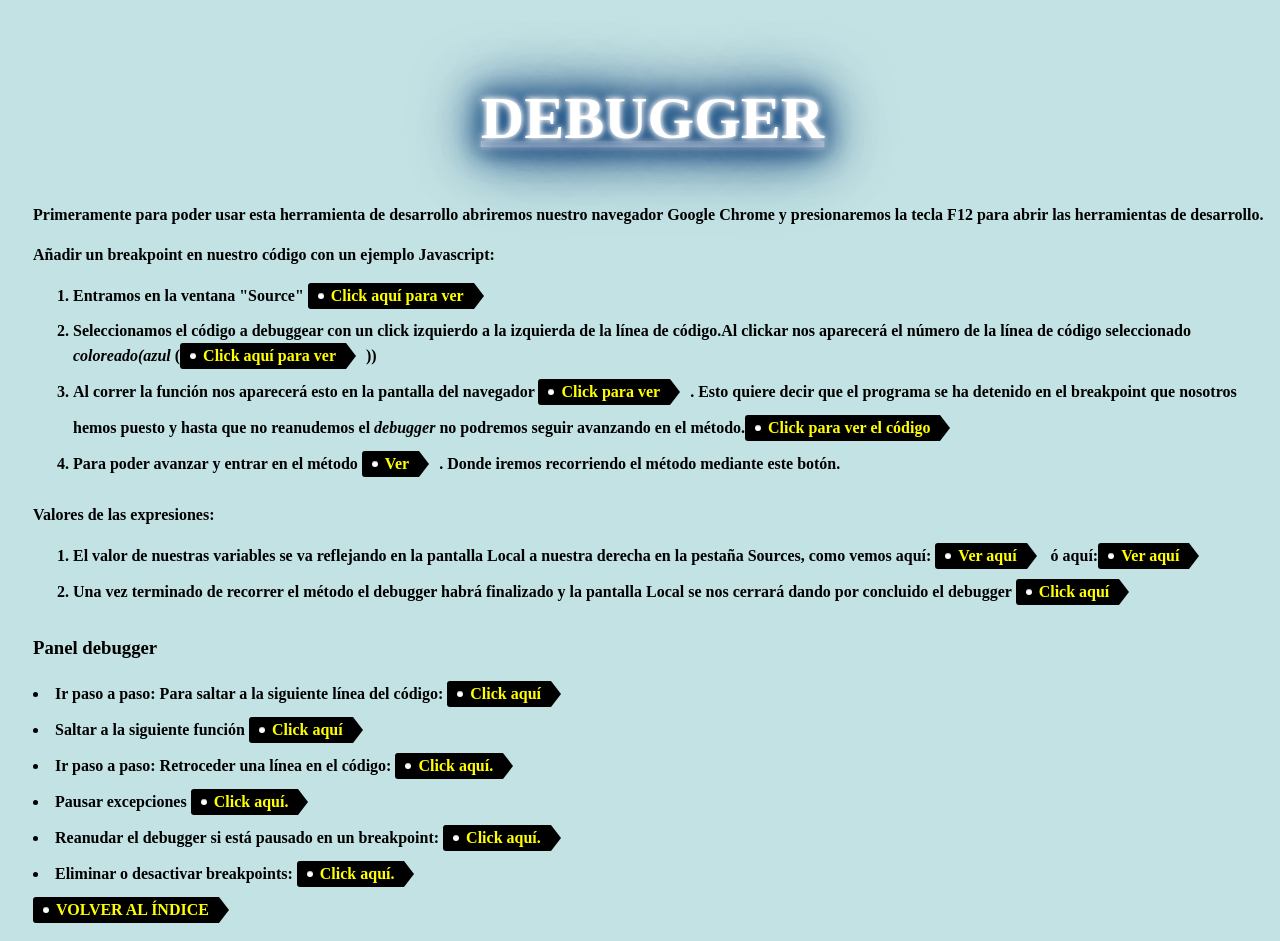
Repository: VictorinoBF97/HerramientasDesarollo
Page: debugger.html
The author's editor kept a copy of each file at every save. The page is drawn from the files as they stood at one save, then again after the next save.
The browser window is 1280 px wide. The pictures show the whole page.

Above is the page before, as saved 2018-11-27 06:52:26.
Not found: main.js

### debugger.html
<!DOCTYPE html>
<html>
<head>
    <meta charset="utf-8" />
    <meta http-equiv="X-UA-Compatible" content="IE=edge">
    <title>HERRAMIENTA DEBUGGER</title>
    <meta name="viewport" content="width=device-width, initial-scale=1">
    <link rel="stylesheet" type="text/css" media="screen" href="./css/styles.css" />
    <script src="main.js"></script>
</head>
<body>
    <h1><u>DEBUGGER</u></h1>
    <p>
        Primeramente para poder usar esta herramienta de desarrollo abriremos nuestro
        navegador Google Chrome y presionaremos la tecla <b>F12</b> para abrir las
        herramientas de desarrollo.
    </p>
    <div>
        <p>Añadir un breakpoint en nuestro código con un ejemplo Javascript:</p>
    </div>
    <ol>
        <li>Entramos en la ventana <b>"Source"</b>
             <a href="./images/source.PNG" target="_blank">Click aquí para ver</a>
        </li>
        <li>Seleccionamos el código a debuggear con un click izquierdo a la
            izquierda de la línea de código.Al clickar nos aparecerá el número
            de la línea de código seleccionado <i>coloreado(<b>azul</b></i>
            (<a href="./images/breakpoint.PNG" target="_blank">Click aquí para ver</a>))
        </li>
        <li>Al correr la función nos aparecerá esto en la pantalla del navegador
             <a href="./images/debug.PNG" target="_blank">Click para ver</a>.
            Esto quiere decir que el programa se ha detenido en el <b>breakpoint</b>
            que nosotros hemos puesto y hasta que no reanudemos el <em>debugger</em>
            no podremos seguir avanzando en el método.<a href="./images/dbug.PNG" target="_blank">Click para ver el código</a>
        </li>
        <li>Para poder avanzar y entrar en el método <a href="./images/next.PNG"
        target="_blank">Ver</a>. Donde iremos recorriendo el método mediante este botón.</li>
    </ol>

    <div>Valores de las expresiones:

    </div>
    <ol>
        <li>
            El valor de nuestras variables se va reflejando en la pantalla <strong>Local</strong> a nuestra derecha en la pestaña Sources, como vemos aquí: <a href="./images/variables.PNG" target="_blank">
            Ver aquí</a> ó aquí:<a href="./images/variables2.PNG" target="_blank">Ver aquí</a>
        </li>

        <li>
            Una vez terminado de recorrer el método el debugger habrá finalizado y la pantalla Local se nos cerrará dando por concluido el debugger <a href="./images/fin.png" target="_blank">Click aquí</a>
        </li>
    </ol>

    <h3>Panel debugger</h3>

    <li> Ir paso a paso: Para saltar a la siguiente línea del código: <a href="./images/nextstep.PNG" target="_blank">Click aquí</a>

        <li>
            Saltar a la siguiente función <a href="./images/saltar.PNG"
            target="_blank">Click aquí</a>
        </li>

        <li>Ir paso a paso: Retroceder una línea en el código: <a href="./images/beforestep.PNG"
        target="_blank">Click aquí.</a></li>

        <li>Pausar excepciones <a href="./images/pausa.PNG"
            target="_blank">Click aquí.</a></li>

        <li>Reanudar el debugger si está pausado en un breakpoint: <a href="./images/reanudard.PNG"
        target="_blank">Click aquí.</a></li>

        <li>Eliminar o desactivar breakpoints: <a href="./images/find.PNG"
            target="_blank">Click aquí.</a></li>


        <a href="indice.html" target="_self" class="volver">VOLVER AL ÍNDICE</a>
</body>
<footer></footer>
</html>

### css/styles.css
html{
    background-color: rgb(194, 226, 228);
}

.titulo{
    text-shadow: 0px 0px 5px rgb(152, 153, 147);
    border: 10px ridge #1E90FF;
    width: 75%;

}

h1{
    font-size: 60px;
font-family: 'Futura';
color: #fff;
text-shadow: 0 0 5px #fff, 0 0 10px #fff, 0 0 20px rgb(3, 58, 117), 0 0 30px rgb(3, 58, 117), 0 0 40px rgb(3, 58, 117), 0 0 55px rgb(3, 58, 117), 0 0 75px rgb(3, 58, 117);
text-align: center;
}
body{
    font: 16px/1.5 'PT Sans', serif;
    font-weight: bold;
    overflow: hidden;
    padding-left: 25px;
    padding-top: 25px;
}

.indice{
    font-size: 125%;

}
a{
    background: rgb(0, 0, 0);
  border-radius: 3px 0 0 3px;
  color: yellow;
  display: inline-block;
  height: 26px;
  line-height: 26px;
  padding: 0 20px 0 23px;
  position: relative;
  margin: 0 10px 10px 0;
  text-decoration: none;
  -webkit-transition: color 0.2s;
}
a::before {
    background: #fff;
    border-radius: 10px;
    box-shadow: inset 0 1px rgba(0, 0, 0, 0.25);
    content: '';
    height: 6px;
    left: 10px;
    position: absolute;
    width: 6px;
    top: 10px;
  }

  a::after {
    background: rgb(194, 226, 228);
    border-bottom: 13px solid transparent;
    border-left: 10px solid black;
    border-top: 13px solid transparent;
    content: '';
    position: absolute;
    right: 0;
    top: 0;
  }

  a:hover {
    background-color: crimson;
    color: white;
  }

  a:hover::after {
     border-left-color: crimson;
  }

  /* VOLVER AL ÍNDICE */
  .volver::after{
    background:rgb(194, 226, 228);
    border-bottom: 13px solid transparent;
    border-left: 10px solid black;
    border-top: 13px solid transparent;
    content: '';
    position: absolute;
    right: 0;
    top: 0;

  }

  .volver:hover {
    background-color: crimson;
    color: white;
  }

  .volver:hover::after {
     border-right-color: crimson;
  }

After the next save:
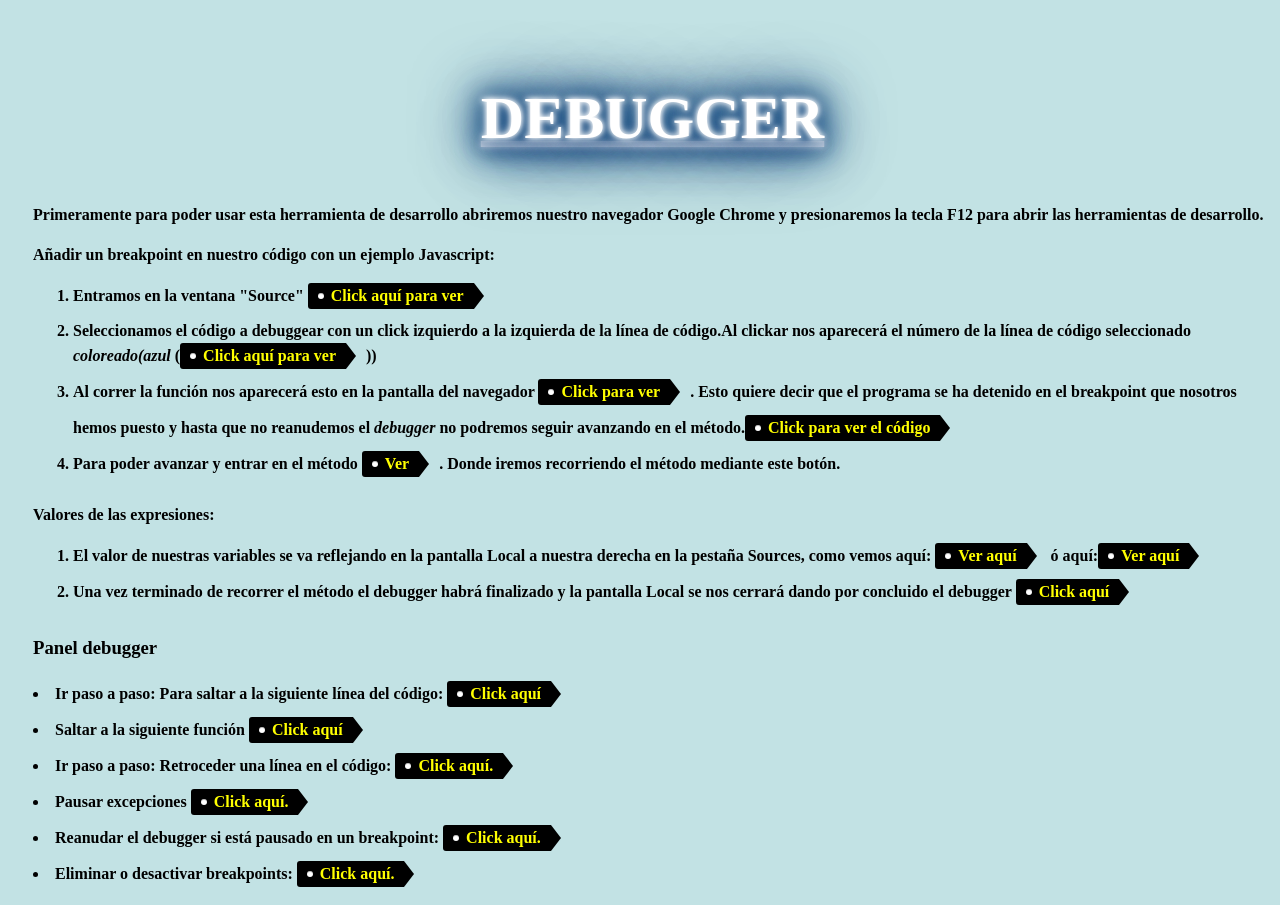
Saved 6 s later.
--- a/debugger.html
+++ b/debugger.html
@@ -73,7 +73,7 @@
             target="_blank">Click aquí.</a></li>
 
 
-        <a href="indice.html" target="_self" class="volver">VOLVER AL ÍNDICE</a>
+
 </body>
 <footer></footer>
 </html>

After the 3 saves that followed:
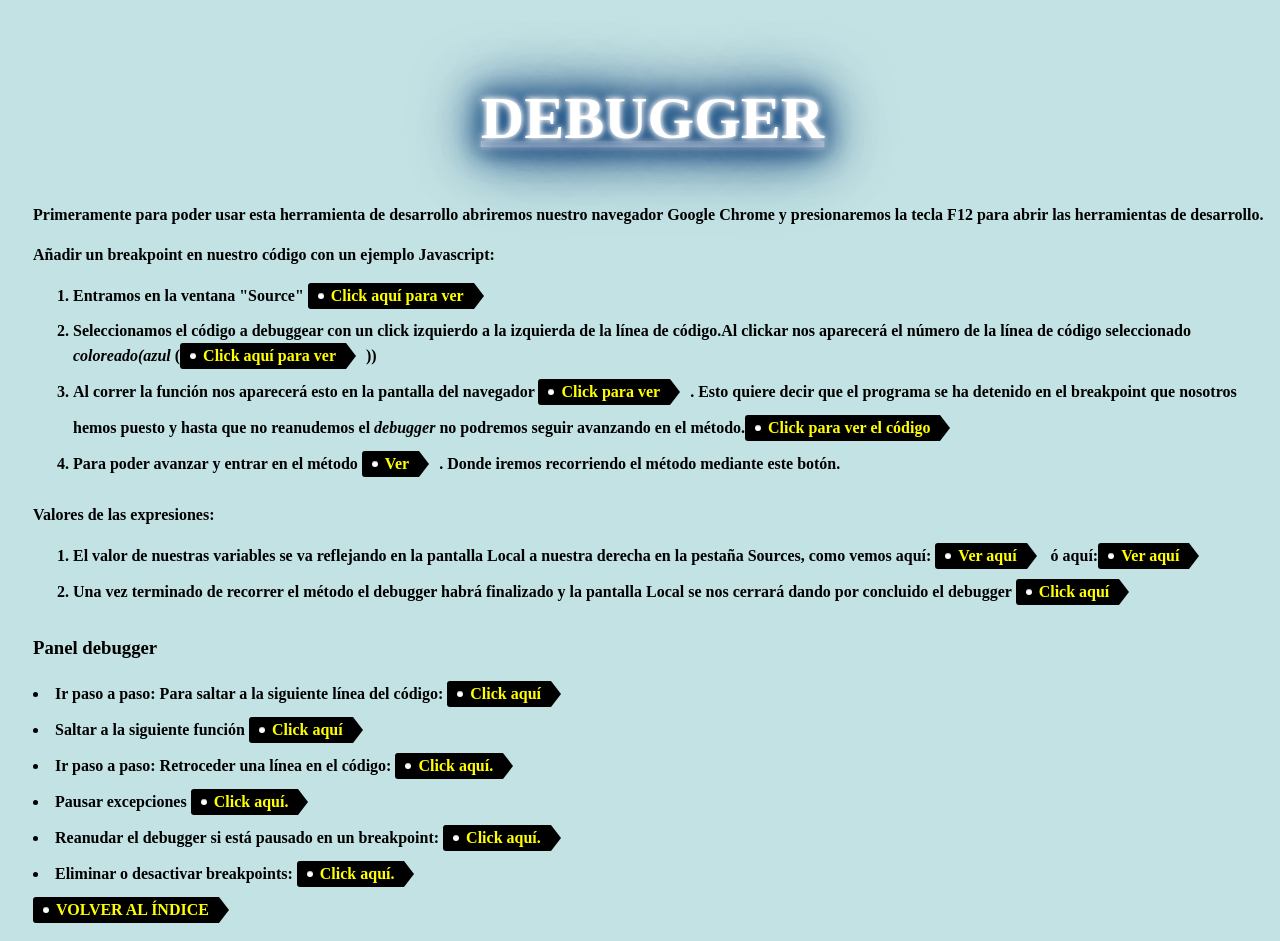
The 3 saves are shown as one change because they came seconds apart.
The last was saved 10 s later.
--- a/debugger.html
+++ b/debugger.html
@@ -75,5 +75,7 @@
 
 
 </body>
-<footer></footer>
+<footer>
+    <a href="indice.html" target="_self" class="volver">VOLVER AL ÍNDICE</a>
+</footer>
 </html>
